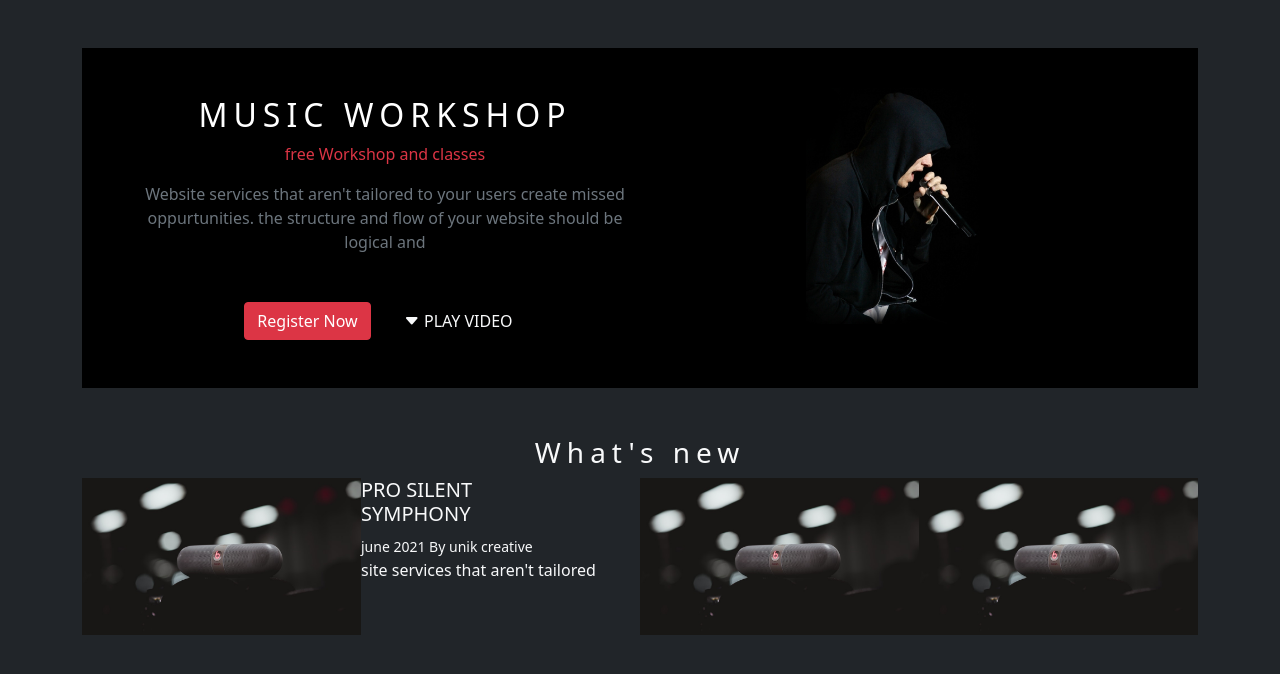
Repository: Eugene44-hub/music-workshop-site
Page: index.html
The author's editor kept a copy of each file at every save. The page is drawn from the files as they stood at one save, then again after a run of saves.
The browser window is 1280 px wide. The pictures show the whole page.
Some web libraries are served in a nearby version.

Above is the page before, as saved 2021-10-22 16:57:44.

After the next 4 saves:
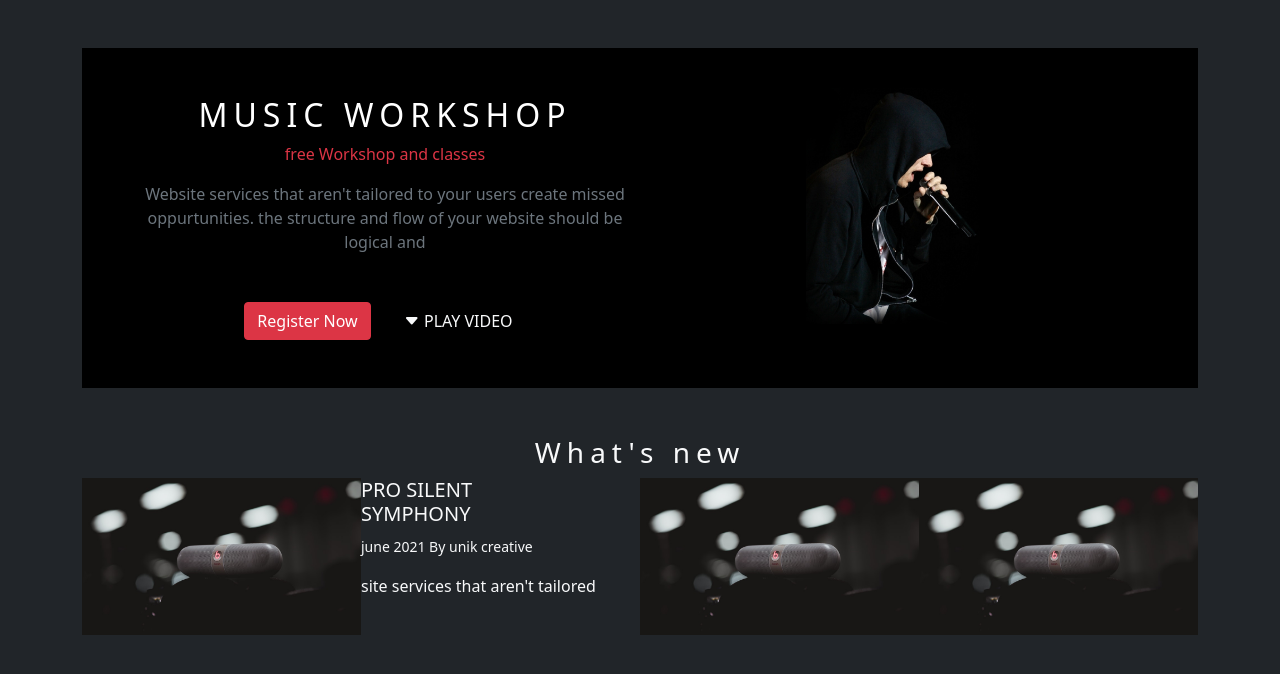
The 4 saves are shown as one change because they came seconds apart.
The last was saved 43 s later.
--- a/index.html
+++ b/index.html
@@ -47,7 +47,7 @@
                         PRO SILENT <br> SYMPHONY
                     </h4>
                     <small>june 2021 By unik creative</small>
-                    <p>site services that aren't tailored</p>
+                    <p class="mt-3">site services that aren't tailored</p>
                 </div>
                 <div class="col-md">
                     <img src="images/speaker.jpg" class="img-fluid" alt="">
